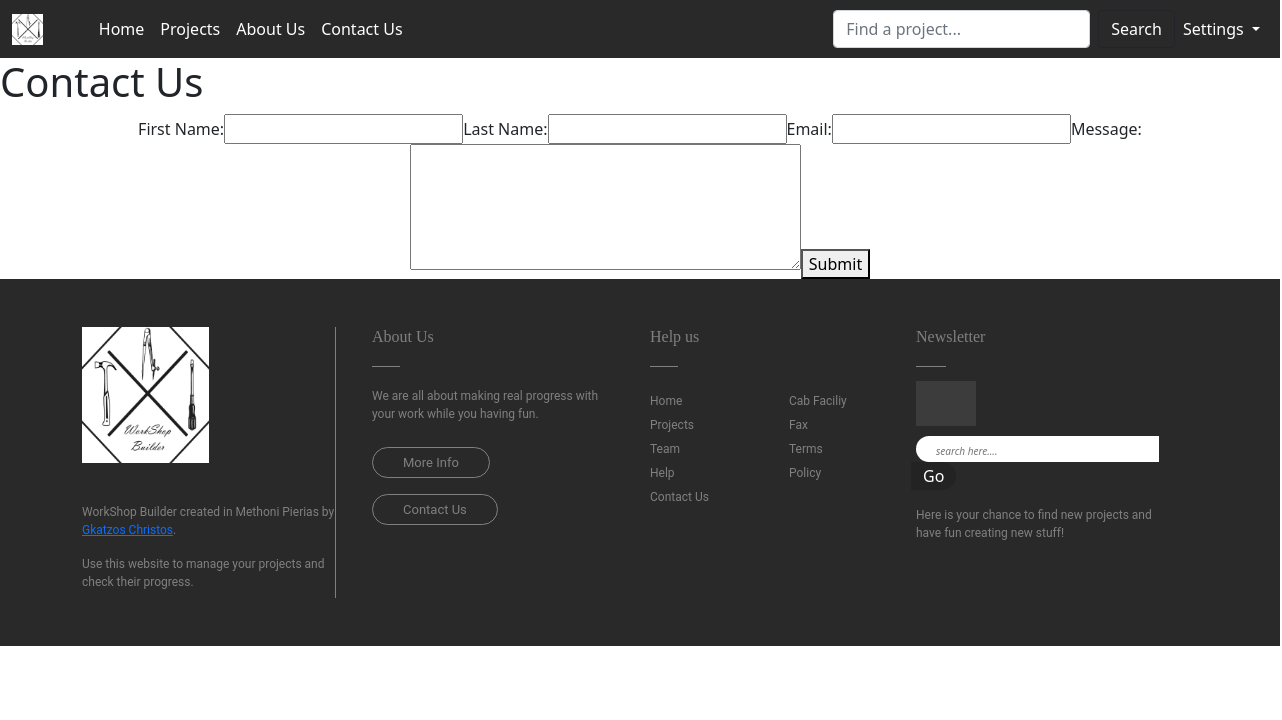
Repository: GkatzosChristos/workshop-builder-ui
Page: /contactUs (app in workshop-builder-ui/)
An editor plug-in stored every save of this project. The page is shown before and after the next save, followed by the edit.
The browser window is 1280 px wide. The page is 1280 px wide, then 1282 px, so the pictures cover 1282 px, including what lies to the right of the window. The pictures show the whole page.
The project was rebuilt for these pictures with package versions that can differ from the ones it lists, and the page was loaded fresh each time. Also part of the build but not shown: workshop-builder-ui/angular.json, workshop-builder-ui/src/app/about-us/about-us.component.ts, workshop-builder-ui/src/app/home/home.component.ts, workshop-builder-ui/src/app/project/project.component.ts.

Above is the page before, as saved 2021-08-27 18:22:00.

After the next save:
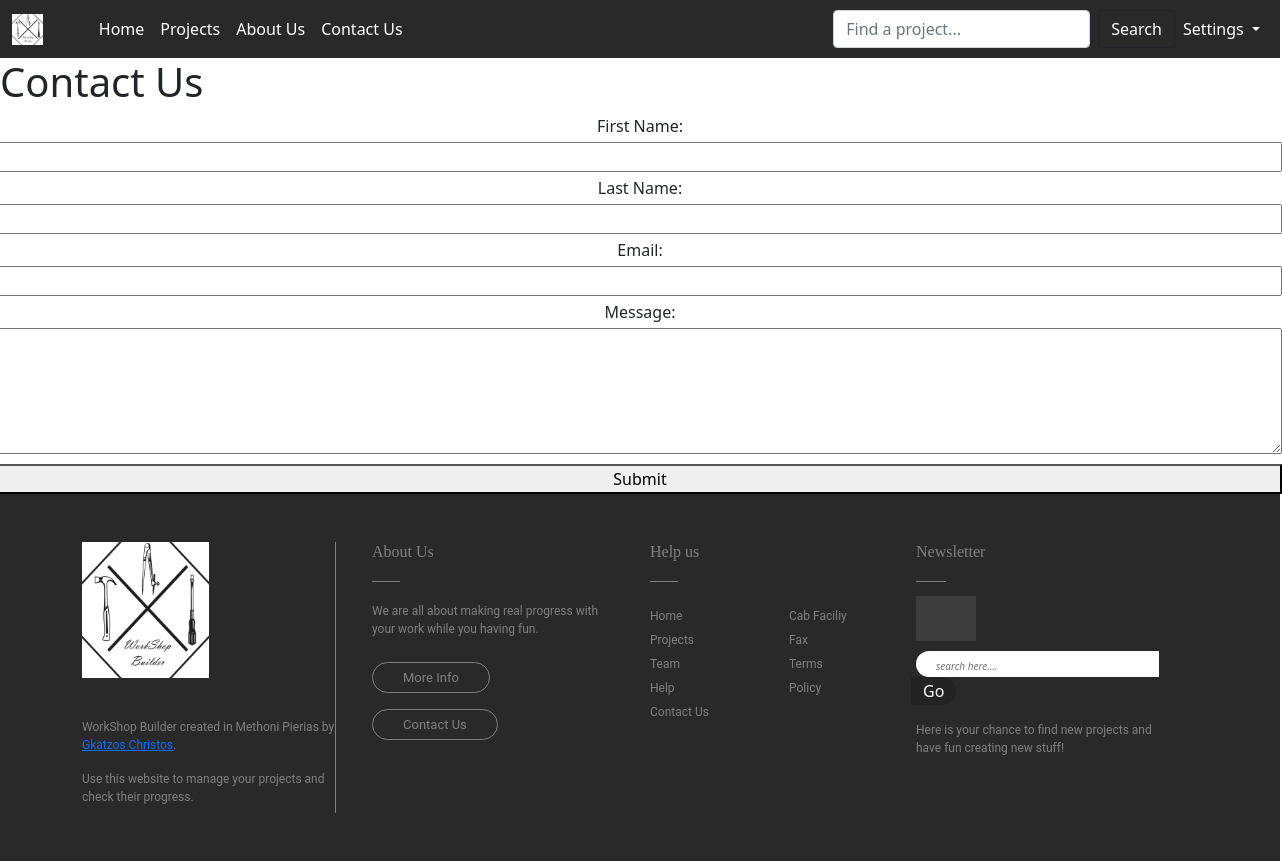
Saved 56 s later.
--- a/workshop-builder-ui/src/app/contact-us/contact-us.html
+++ b/workshop-builder-ui/src/app/contact-us/contact-us.html
@@ -1,7 +1,7 @@
 <h1 class="title has-text-centered">Contact Us</h1>
 <body>
   <section>
-    <form [formGroup]="contactUsForm" (ngSubmit)="submitForm()">
+    <form class="row g-1" [formGroup]="contactUsForm" (ngSubmit)="submitForm()">
       <label for="first-name">First Name: </label>
       <input id="first-name" type="text" formControlName="firstName">
       <label for="last-name">Last Name: </label>
